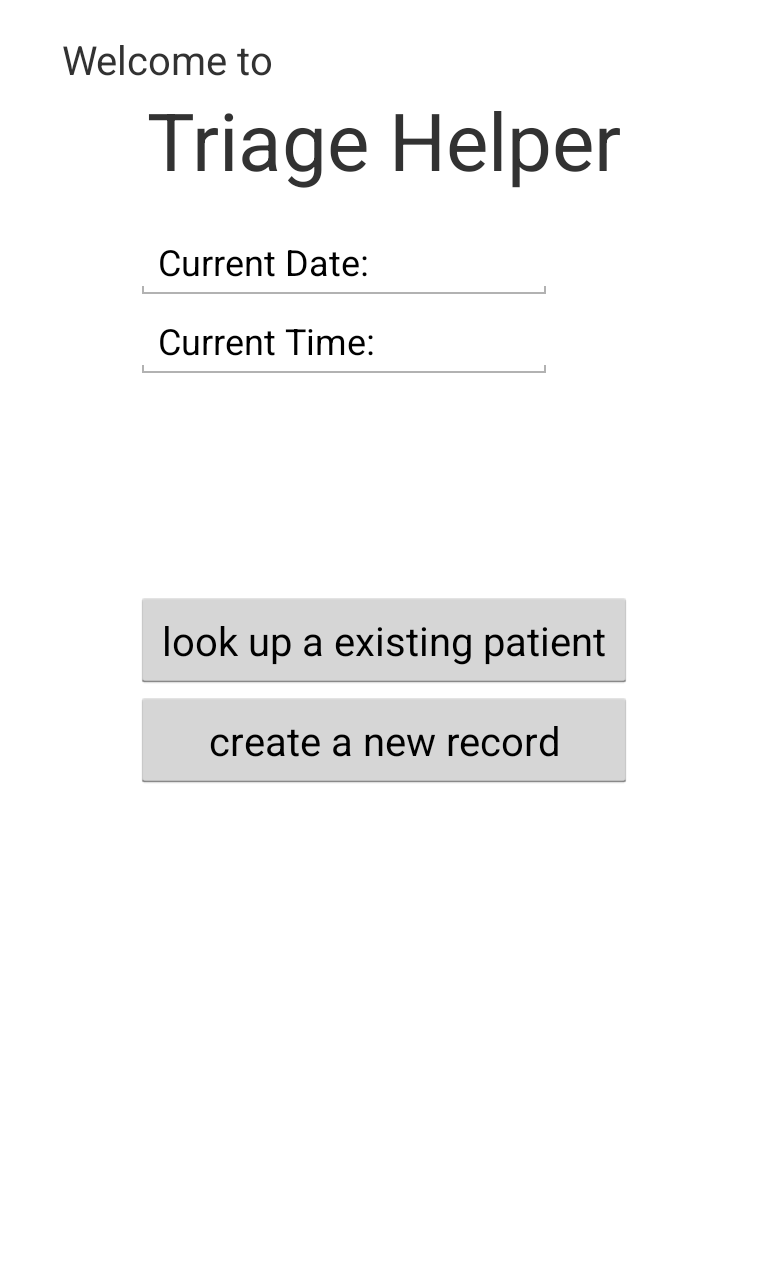
Repository: jackys-95/Aloha
Layout: app/Phase 2/res/layout/activity_main.xml
The author's editor kept a copy of each file at every save. The layout is drawn from the files as they stood at one save, then again after the next save.
It is drawn on a 768 x 1280 px phone screen (xhdpi) without system bars, with theme AppTheme; the app's code is not run.

Above is the layout before, as saved 2014-11-05 00:36:18.

### app/Phase 2/res/layout/activity_main.xml
<RelativeLayout xmlns:android="http://schemas.android.com/apk/res/android"
    xmlns:tools="http://schemas.android.com/tools"
    android:layout_width="match_parent"
    android:layout_height="match_parent"
    android:paddingBottom="@dimen/activity_vertical_margin"
    android:paddingLeft="@dimen/activity_horizontal_margin"
    android:paddingRight="@dimen/activity_horizontal_margin"
    android:paddingTop="@dimen/activity_vertical_margin"
    tools:context=".MainActivity" >

    <TextView
        android:id="@+id/textView1"
        android:layout_width="wrap_content"
        android:layout_height="wrap_content"
        android:layout_alignParentLeft="true"
        android:layout_alignParentTop="true"
        android:layout_marginLeft="15dp"
        android:text="@string/Welcome"
        android:textSize="20sp" />

    <TextView
        android:id="@+id/textView2"
        android:layout_width="fill_parent"
        android:layout_height="wrap_content"
        android:layout_below="@+id/textView1"
        android:layout_centerHorizontal="true"
        android:gravity="center"
        android:text="@string/AppName"
        android:textSize="40sp" />

    <Button
        android:id="@+id/LookUpPatient"
        android:layout_width="250dp"
        android:layout_height="50dp"
        android:layout_centerHorizontal="true"
        android:layout_centerVertical="true"
        android:text="@string/LookUp"
        android:textSize="20sp" />

    <Button
        android:id="@+id/CreateANewRecord"
        style="?android:attr/buttonStyleSmall"
        android:layout_width="250dp"
        android:layout_height="50dp"
        android:layout_alignLeft="@+id/LookUpPatient"
        android:layout_below="@+id/LookUpPatient"
        android:text="@string/CreateANewRecord"
        android:textSize="20sp" />

    <EditText
        android:id="@+id/editText1"
        android:layout_width="wrap_content"
        android:layout_height="wrap_content"
        android:layout_alignLeft="@+id/LookUpPatient"
        android:layout_below="@+id/textView2"
        android:layout_marginTop="15dp"
        android:ems="10"
        android:inputType="time"
        android:text="@string/CurrentDate" />

    <EditText
        android:id="@+id/editText2"
        android:layout_width="wrap_content"
        android:layout_height="wrap_content"
        android:layout_alignLeft="@+id/editText1"
        android:layout_below="@+id/editText1"
        android:ems="10"
        android:inputType="date"
        android:text="Current Time:" />

</RelativeLayout>

### app/Phase 2/res/values/strings.xml
<?xml version="1.0" encoding="utf-8"?>
<resources>

    <string name="app_name">Hospital System</string>
    <string name="action_settings">Settings</string>
    <string name="Welcome">Welcome to</string>
    <string name="AppName">Triage Helper</string>
    <string name="title_activity_look_up_patient">LookUpPatient</string>
    <string name="hello_world">Hello world!</string>
    <string name="title_activity_create_new_record">CreateNewRecord</string>
    <string name="title_activity_confirm_patient">ConfirmPatient</string>
    <string name="title_activity_previous_record">PreviousRecord</string>
    <string name="title_activity_individual_data">IndividualData</string>
    <string name="title_activity_visit_record">VisitRecord</string>
    <string name="title_activity_vital_signs_update">VitalSignsUpdate</string>
    <string name="LookUp">look up a existing patient</string>
    <string name="CreateANewRecord">create a new record</string>
    <string name="Confirm">confirm</string>
    <string name="HCNinput">Please input a health card number.</string>
    <string name="PreviousRecord">Here is the previous record for patient</string>
    <string name="notFunctional">not functional</string>
    <string name="IndividualData">Individual Data for patient</string>
    <string name="NameColon">Name:</string>
    <string name="DOBColon">Date of Birth:</string>
    <string name="HCNColon">Health Card Number:</string>
    <string name="VisitRecord">Visit Record of Patient</string>
    <string name="at">at</string>
    <string name="Update">update</string>
    <string name="VitalSignsUpdate">Vital Signs Update</string>
    <string name="addTemperature">add temperature</string>
    <string name="addSystolicPressure">add systolic pressure</string>
    <string name="addDiastolicPressure">add diastolic pressure</string>
    <string name="addHeartRate">add heart rate</string>
    <string name="Cancel">Cancel</string>
    <string name="Save">Save</string>
    <string name="CreateANewVitalSigns">Create a new vital signs record</string>
    <string name="notFunctionaltime">put current date as default here</string>
    <string name="CurrentDate">Current Date:</string>

</resources>

Loaded but not shown: app/Phase 2/res/values/styles.xml (common file); app/Phase 2/res/values-v11/styles.xml (common file); app/Phase 2/res/values-v14/styles.xml (common file); app/Phase 2/res/values/dimens.xml (common file); app/Phase 2/res/values-w820dp/dimens.xml (common file)

After the next save:
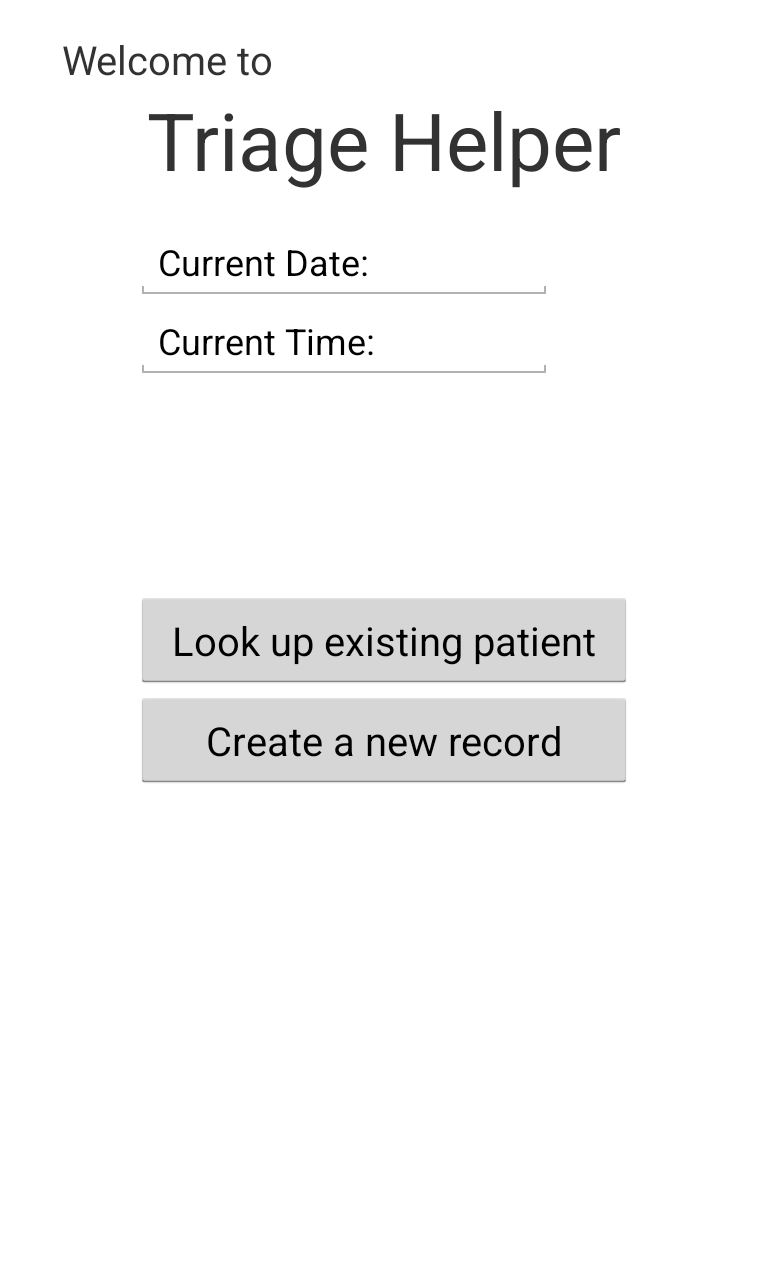
Saved 33 s later.
--- a/app/Phase 2/res/values/strings.xml
+++ b/app/Phase 2/res/values/strings.xml
@@ -5,24 +5,24 @@
     <string name="action_settings">Settings</string>
     <string name="Welcome">Welcome to</string>
     <string name="AppName">Triage Helper</string>
-    <string name="title_activity_look_up_patient">LookUpPatient</string>
+    <string name="title_activity_look_up_patient">Search for Patient</string>
     <string name="hello_world">Hello world!</string>
-    <string name="title_activity_create_new_record">CreateNewRecord</string>
-    <string name="title_activity_confirm_patient">ConfirmPatient</string>
-    <string name="title_activity_previous_record">PreviousRecord</string>
-    <string name="title_activity_individual_data">IndividualData</string>
-    <string name="title_activity_visit_record">VisitRecord</string>
-    <string name="title_activity_vital_signs_update">VitalSignsUpdate</string>
-    <string name="LookUp">look up a existing patient</string>
-    <string name="CreateANewRecord">create a new record</string>
-    <string name="Confirm">confirm</string>
+    <string name="title_activity_create_new_record">Create a new record</string>
+    <string name="title_activity_confirm_patient">Confirm Patient</string>
+    <string name="title_activity_previous_record">Previous Records</string>
+    <string name="title_activity_individual_data">Individual Data</string>
+    <string name="title_activity_visit_record">Visit Record</string>
+    <string name="title_activity_vital_signs_update">Vital Signs Update</string>
+    <string name="LookUp">Look up existing patient</string>
+    <string name="CreateANewRecord">Create a new record</string>
+    <string name="Confirm">Confirm</string>
     <string name="HCNinput">Please input a health card number.</string>
-    <string name="PreviousRecord">Here is the previous record for patient</string>
-    <string name="notFunctional">not functional</string>
+    <string name="PreviousRecord">Here are the previous record(s) for patient</string>
+    <string name="placeholder">Placeholder</string>
     <string name="IndividualData">Individual Data for patient</string>
-    <string name="NameColon">Name:</string>
-    <string name="DOBColon">Date of Birth:</string>
-    <string name="HCNColon">Health Card Number:</string>
+    <string name="NameColon">Name: </string>
+    <string name="DOBColon">Date of Birth: </string>
+    <string name="HCNColon">Health Card Number: </string>
     <string name="VisitRecord">Visit Record of Patient</string>
     <string name="at">at</string>
     <string name="Update">update</string>
@@ -36,5 +36,9 @@
     <string name="CreateANewVitalSigns">Create a new vital signs record</string>
     <string name="notFunctionaltime">put current date as default here</string>
     <string name="CurrentDate">Current Date:</string>
-
+    <string name="CurrentTime">Current Time:</string>
+    <string name="ViewPreviousRecords">Previous Records</string>
+    <string name="UpdateRecord">Update Record</string>
+    <string name="forPatient">for patient</string>
+    <string name="currentT">Use Current Time</string>
 </resources>
